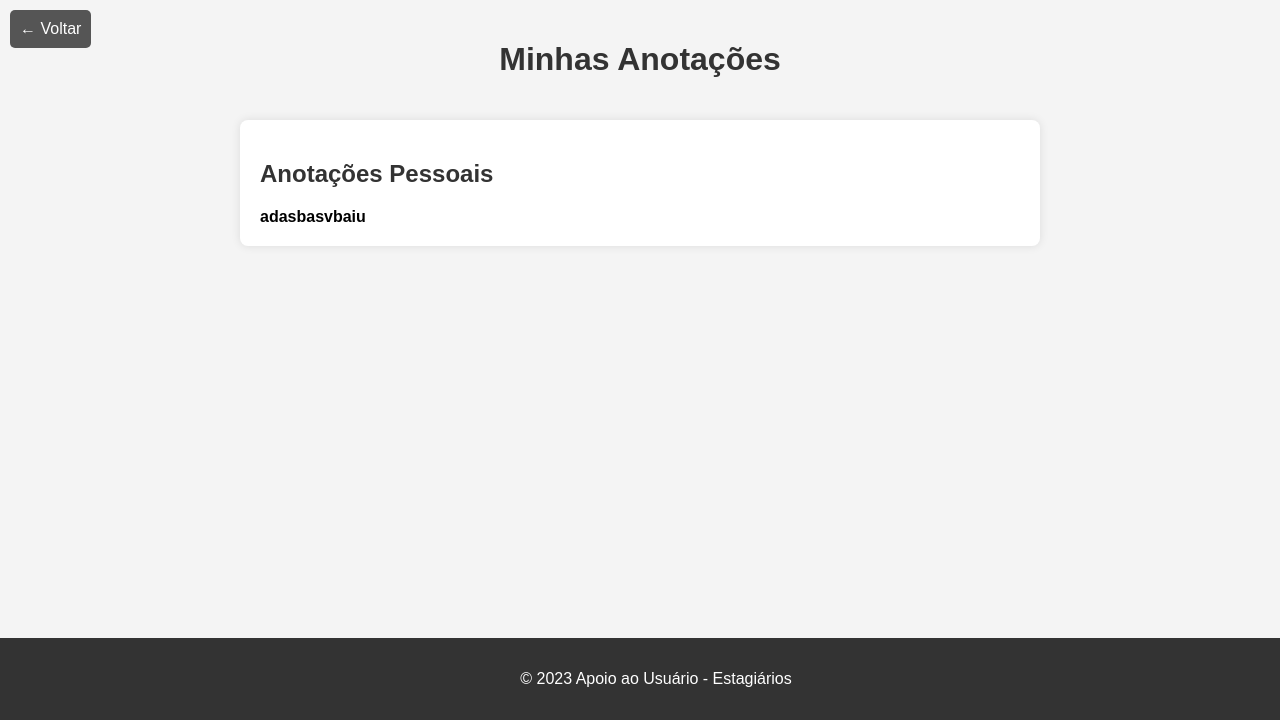
Repository: I4guito/dicasdez
Page: Dicas site/Mais/anotações pessoais de iago/antpessoal.html
These files come from the project's save history. The page is drawn as it stood at one moment and after a run of saves; the edit follows.
The browser window is 1280 px wide. The pictures show the whole page.

Above is the page before, as saved 2023-11-28 14:53:35.
Console error: TypeError: Cannot read properties of null (reading 'addEventListener')

### Dicas site/Mais/anotações pessoais de iago/antpessoal.html
<!DOCTYPE html>
<html lang="pt-br">
    <head>
        <meta charset="UTF-8">
        <meta name="viewport" content="width=device-width, initial-scale=1.0">
        <link rel="stylesheet" href="ant.css">
        <script src="ant.js" defer></script>
        <title>Minhas Anotações</title>
    </head>
    <body>
        <div class="container">
            <header>
                <a href="javascript:history.back()" class="voltar-btn">&#8592; Voltar</a>
                <h1>Minhas Anotações</h1>
            </header>
            <main>
                <section class="notes">
                    <h2>Anotações Pessoais</h2>
                    <div class="anot">
                        <strong>adasbasvbaiu</strong>
                    </div>














                </section>
            </main>
        </div>
    <footer>
        <p>© 2023 Apoio ao Usuário - Estagiários</p>
    </footer>


</body>
</html>

### Dicas site/Mais/anotações pessoais de iago/ant.css
body {
    font-family: 'Arial', sans-serif;
    margin: 0;
    padding: 0;
    background-color: #f4f4f4;
}

.container {
    max-width: 800px;
    margin: 0 auto;
    padding: 20px;
}

header {
    text-align: center;
    padding-bottom: 20px;
}

h1 {
    color: #333;
}

main {
    background-color: #fff;
    padding: 20px;
    border-radius: 8px;
    box-shadow: 0 0 10px rgba(0, 0, 0, 0.1);
}

.notes {
    margin-top: 20px;
}

h2 {
    color: #333;
}

textarea {
    width: 100%;
    height: 200px;
    padding: 10px;
    box-sizing: border-box;
    border: 1px solid #ccc;
    border-radius: 4px;
    resize: vertical;
}

footer {
    background-color: #333;
    color: #fff;
    text-align: center;
    padding: 1em;
    position: fixed;
    bottom: 0;
    width: 100%;
}

.voltar-btn {
    position: absolute;
    left: 10px;
    top: 10px;
    text-decoration: none;
    color: #fff;
    font-size: 16px;
    padding: 10px;
    background-color: #555;
    border: none;
    border-radius: 5px;
    cursor: pointer;
    transition: background-color 0.3s;
}

.voltar-btn:hover {
    background-color: #777;
}

.note {
    background-color: #fff;
    padding: 10px;
    margin-top: 10px;
    border: 1px solid #ccc;
    border-radius: 4px;
    box-shadow: 0 0 5px rgba(0, 0, 0, 0.1);
}

### Dicas site/Mais/anotações pessoais de iago/ant.js
document.addEventListener('DOMContentLoaded', function () {
    const notesContainer = document.getElementById('notesContainer');
    const noteInput = document.getElementById('noteInput');
    const addNoteBtn = document.getElementById('addNoteBtn');

    // Recupera as anotações salvas, se houverem
    const savedNotes = localStorage.getItem('notes');

    // Atualiza o conteúdo da textarea com as anotações salvas
    if (savedNotes) {
        notesContainer.innerHTML = savedNotes;
    }

    // Adiciona um ouvinte de eventos para o botão "Adicionar Anotação"
    addNoteBtn.addEventListener('click', function () {
        addNote();
    });

    // Adiciona um ouvinte de eventos para o pressionamento da tecla Enter na textarea
    noteInput.addEventListener('keydown', function (event) {
        if (event.key === 'Enter' && !event.shiftKey) {
            event.preventDefault();
            addNote();
        }
    });

    function addNote() {
        const noteText = noteInput.value.trim();

        if (noteText !== '') {
            // Cria uma nova caixa de texto para a anotação
            const newNote = document.createElement('div');
            newNote.className = 'note';
            newNote.textContent = noteText;

            // Adiciona a nova caixa de texto ao contêiner de anotações
            notesContainer.appendChild(newNote);

            // Limpa a textarea
            noteInput.value = '';

            // Salva as anotações no localStorage
            saveNotes();
        }
    }

    function saveNotes() {
        localStorage.setItem('notes', notesContainer.innerHTML);
    }
});

After the next 2 saves:
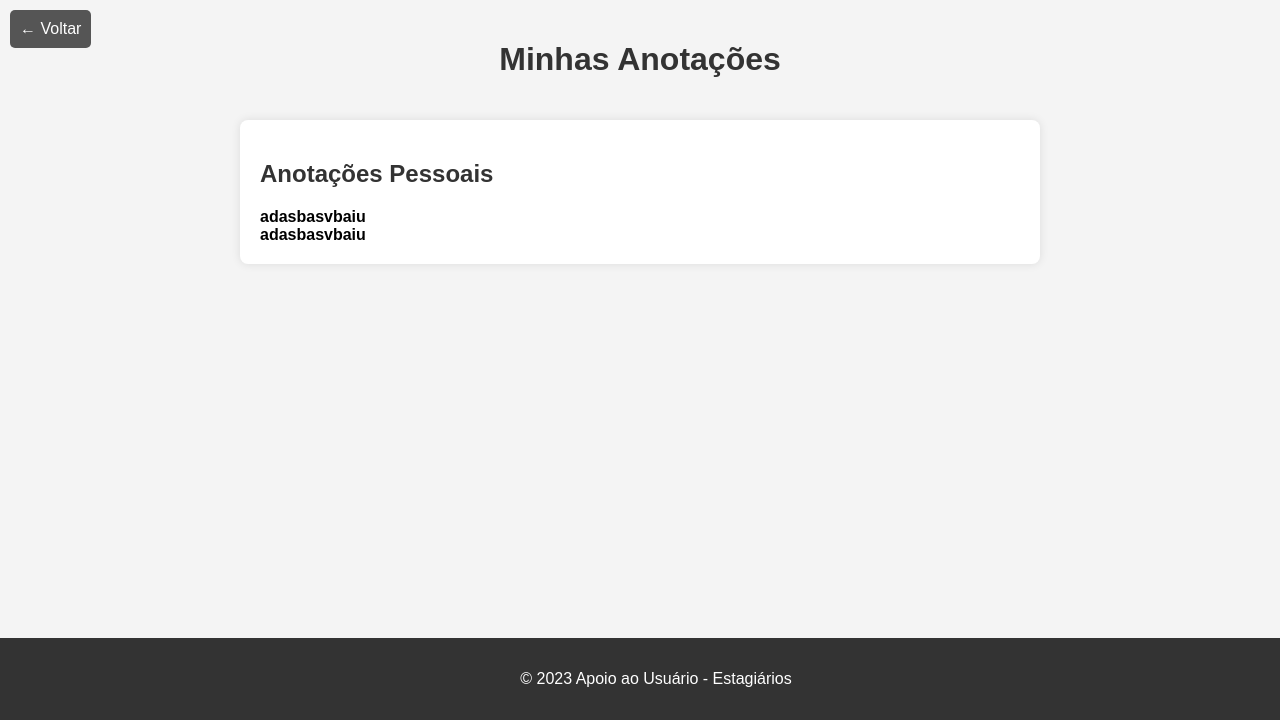
The error is gone.
The 2 saves are shown as one change because they came seconds apart.
The last was saved 15 s later.
--- a/Dicas site/Mais/anotações pessoais de iago/antpessoal.html
+++ b/Dicas site/Mais/anotações pessoais de iago/antpessoal.html
@@ -4,7 +4,6 @@
         <meta charset="UTF-8">
         <meta name="viewport" content="width=device-width, initial-scale=1.0">
         <link rel="stylesheet" href="ant.css">
-        <script src="ant.js" defer></script>
         <title>Minhas Anotações</title>
     </head>
     <body>
@@ -19,7 +18,9 @@
                     <div class="anot">
                         <strong>adasbasvbaiu</strong>
                     </div>
-
+                    <div class="anot">
+                        <strong>adasbasvbaiu</strong>
+                    </div>
 
 
 
